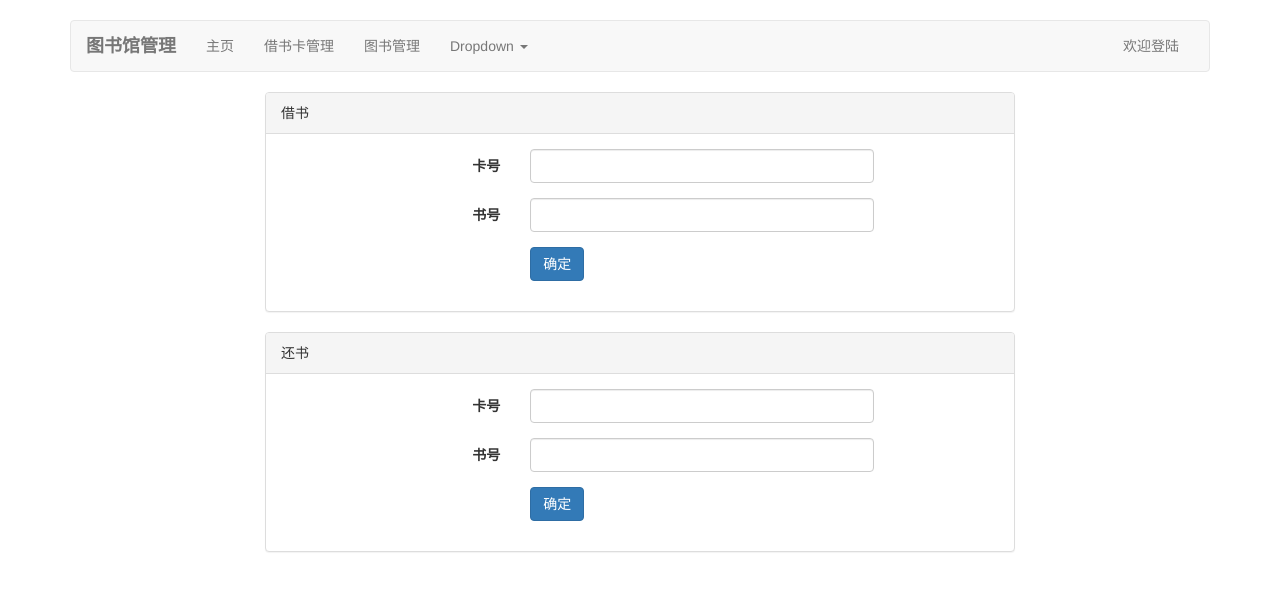
Repository: chaice/code
Page: http://localhost/web6/home
These files come from the project's save history. The page is drawn as it stood at one moment and after the next save; the edit follows.
The browser window is 1280 px wide. The pictures show the whole page.
Some web libraries are served in a nearby version. The page is served by Tomcat 9. The session is filled in as if someone had signed in: {"username": "testuser"}.

Above is the page before, as saved 2016-06-05 00:21:24.

After the next save:
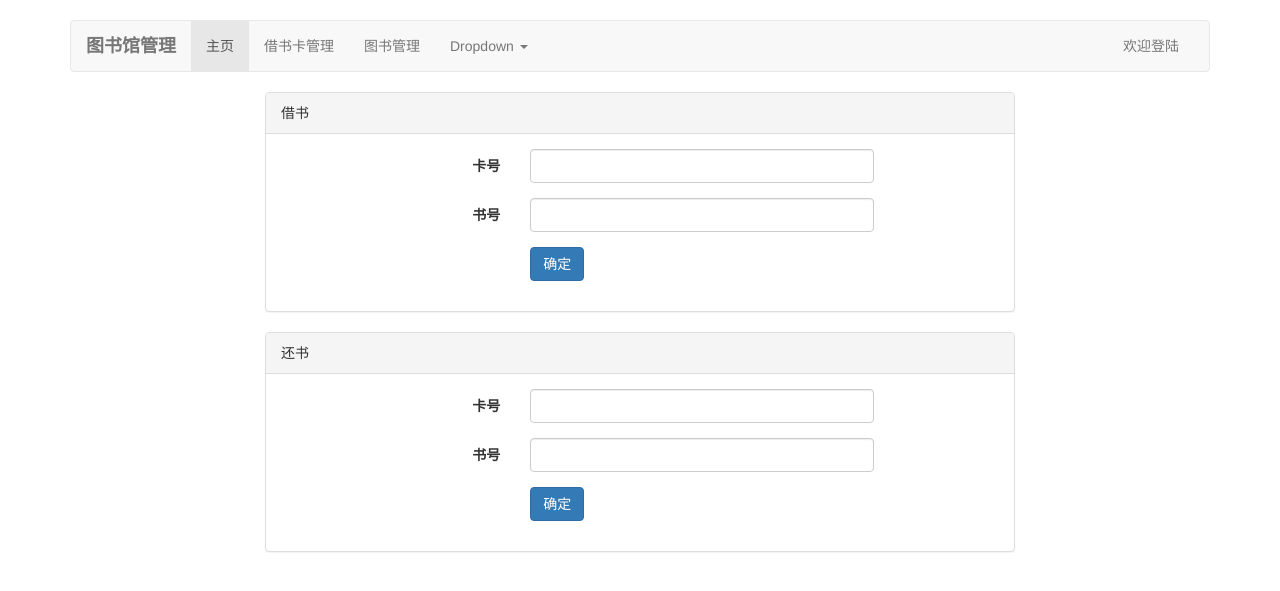
Saved 2 min 47 s later.
--- a/web6/WebContent/WEB-INF/views/head.jsp
+++ b/web6/WebContent/WEB-INF/views/head.jsp
@@ -28,9 +28,9 @@ body {
 				</div>
 				<div id="navbar" class="navbar-collapse collapse">
 					<ul class="nav navbar-nav">
-						<li><a href="/home">主页</a></li>
-						<li><a href="/card_list">借书卡管理</a></li>
-						<li><a href="/book_list">图书管理</a></li>
+						<li id="l1"><a href="/home">主页</a></li>
+						<li id="l2"><a href="/card_list">借书卡管理</a></li>
+						<li id="l3"><a href="/book_list">图书管理</a></li>
 						<li class="dropdown"><a href="#" class="dropdown-toggle"
 							data-toggle="dropdown" role="button" aria-haspopup="true"
 							aria-expanded="false">Dropdown <span class="caret"></span></a>
